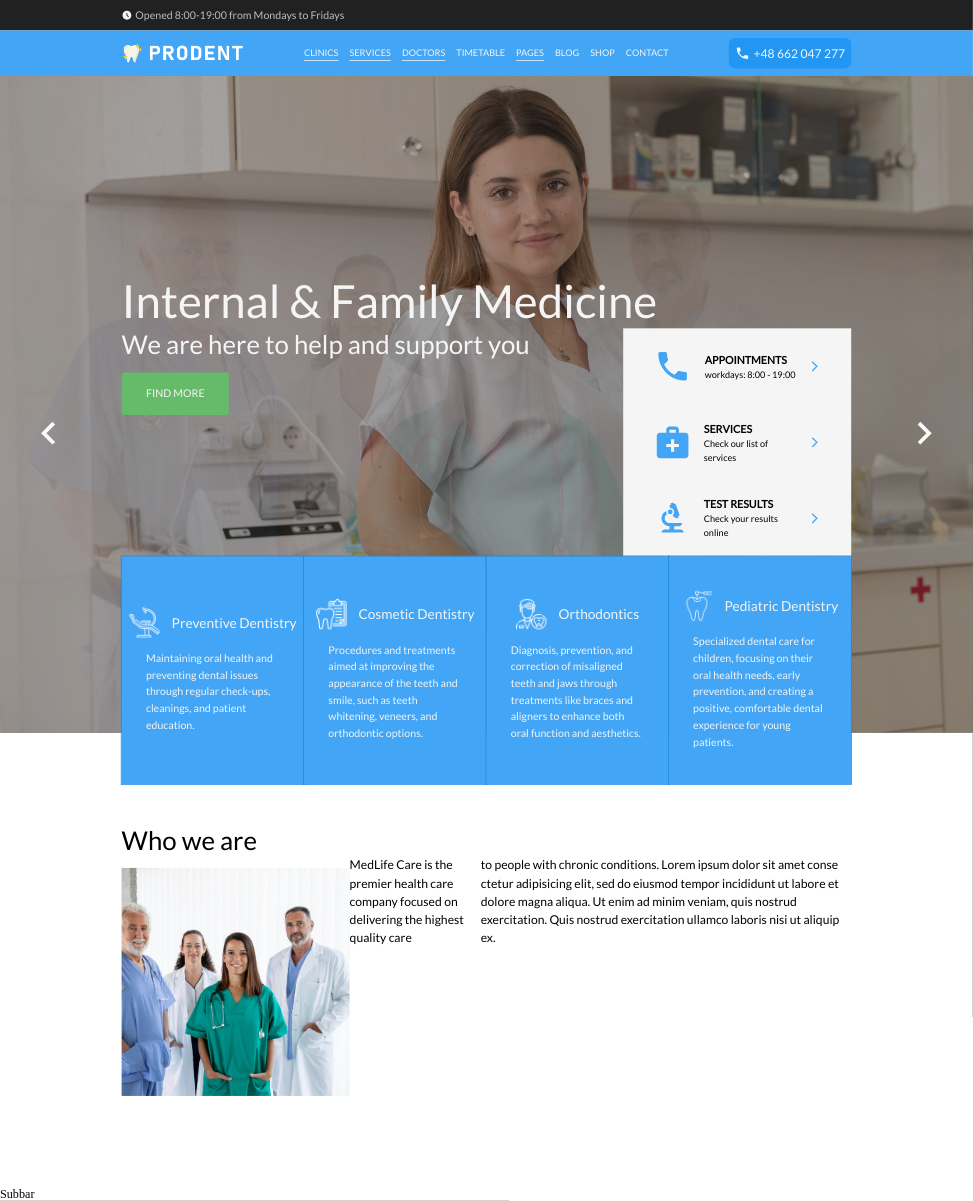
Repository: princ3-web/8
Page: /
These files come from the project's save history. The page is drawn as it stood at one moment and after a run of saves; the edit follows.
The browser window is 1280 px wide. The pictures show the whole page, at 76% of full size.
The project was rebuilt for these pictures with package versions that can differ from the ones it lists, and the page was loaded fresh each time. Also part of the build but not shown: vite.config.js, src/subpages/About.jsx, src/index.css.

Above is the page before, as saved 2023-11-02 15:16:05.

After the next 2 saves:
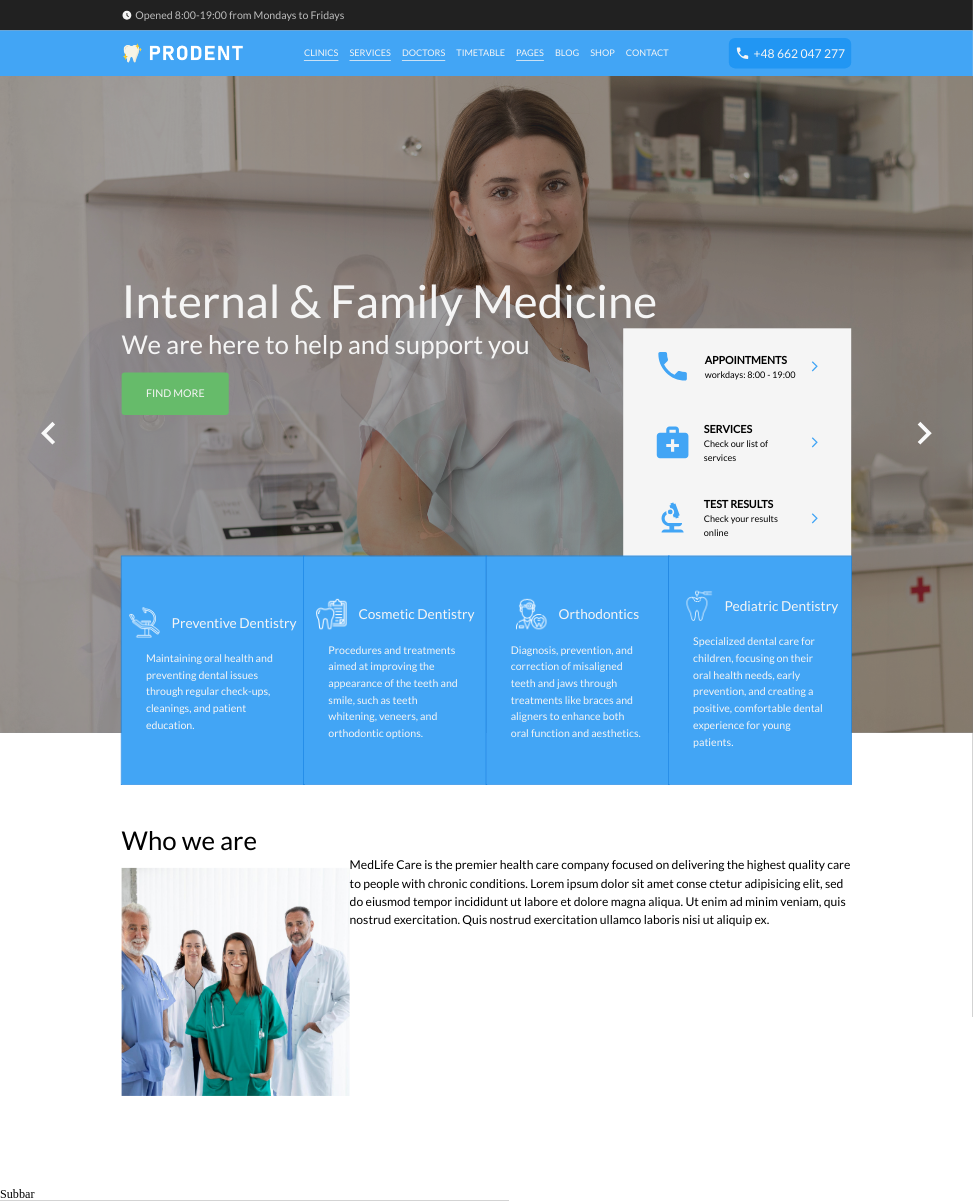
The 2 saves are shown as one change because they came seconds apart.
The last was saved 21 s later.
--- a/src/subpages/Home.jsx
+++ b/src/subpages/Home.jsx
@@ -246,13 +246,14 @@ const Home = () => {
               MedLife Care is the premier health care company focused on delivering the highest
               quality care
             </Typography>
-          </Box>
+
           <Typography>
             to people with chronic conditions. Lorem ipsum dolor sit amet conse ctetur adipisicing
             elit, sed do eiusmod tempor incididunt ut labore et dolore magna aliqua. Ut enim ad
             minim veniam, quis nostrud exercitation. Quis nostrud exercitation ullamco laboris nisi
             ut aliquip ex.
           </Typography>
+          </Box>
         </Box>
       </Box>
     </Box>
